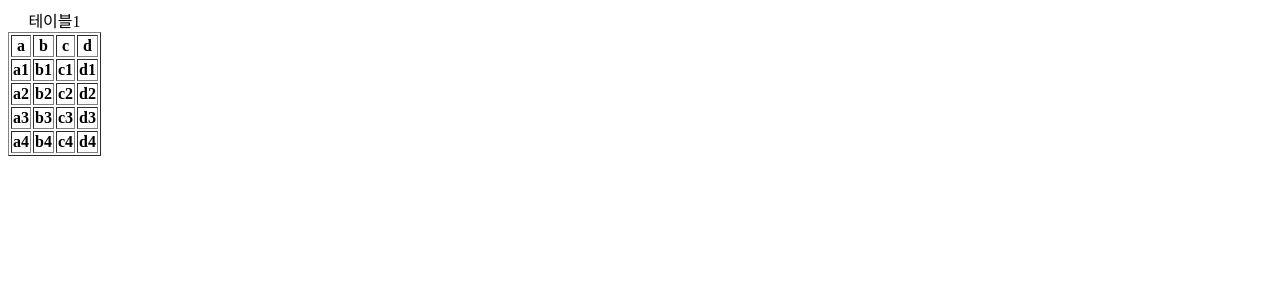
Repository: roditee/Frontend_ex
Page: HTML01/src/main/webapp/table.html
The author's editor kept a copy of each file at every save. The page is drawn from the files as they stood at one save, then again after the next save.
The browser window is 1280 px wide. The pictures show the whole page.

Above is the page before, as saved 2021-12-02 05:11:54.

After the next save:
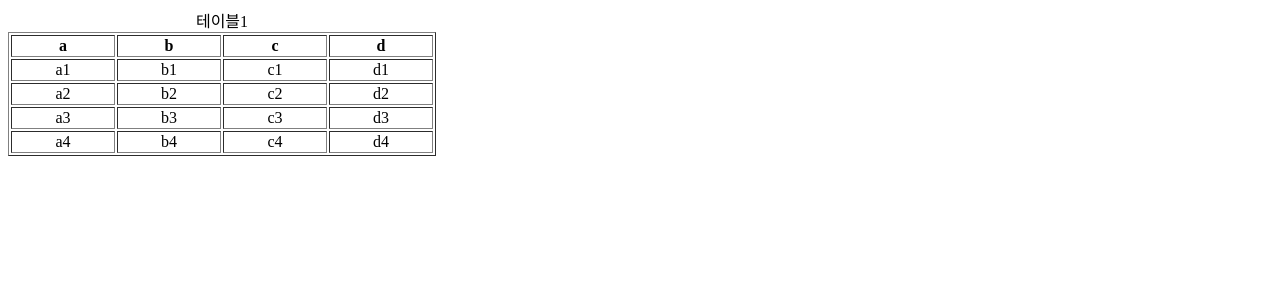
Saved 72 s later.
--- a/HTML01/src/main/webapp/table.html
+++ b/HTML01/src/main/webapp/table.html
@@ -12,10 +12,10 @@
 			<caption>테이블1</caption>
 			<thead align="center">
 			<tr><th>a</th><th>b</th><th>c</th><th>d</th></tr>
-			<tr><th>a1</th><th>b1</th><th>c1</th><th>d1</th></tr>
-			<tr><th>a2</th><th>b2</th><th>c2</th><th>d2</th></tr>
-			<tr><th>a3</th><th>b3</th><th>c3</th><th>d3</th></tr>
-			<tr><th>a4</th><th>b4</th><th>c4</th><th>d4</th></tr>
+			<tr><td>a1</td><td>b1</td><td>c1</td><td>d1</td></tr>
+			<tr><td>a2</td><td>b2</td><td>c2</td><td>d2</td></tr>
+			<tr><td>a3</td><td>b3</td><td>c3</td><td>d3</td></tr>
+			<tr><td>a4</td><td>b4</td><td>c4</td><td>d4</td></tr>
 		</table>
 	</body>
 </html>
